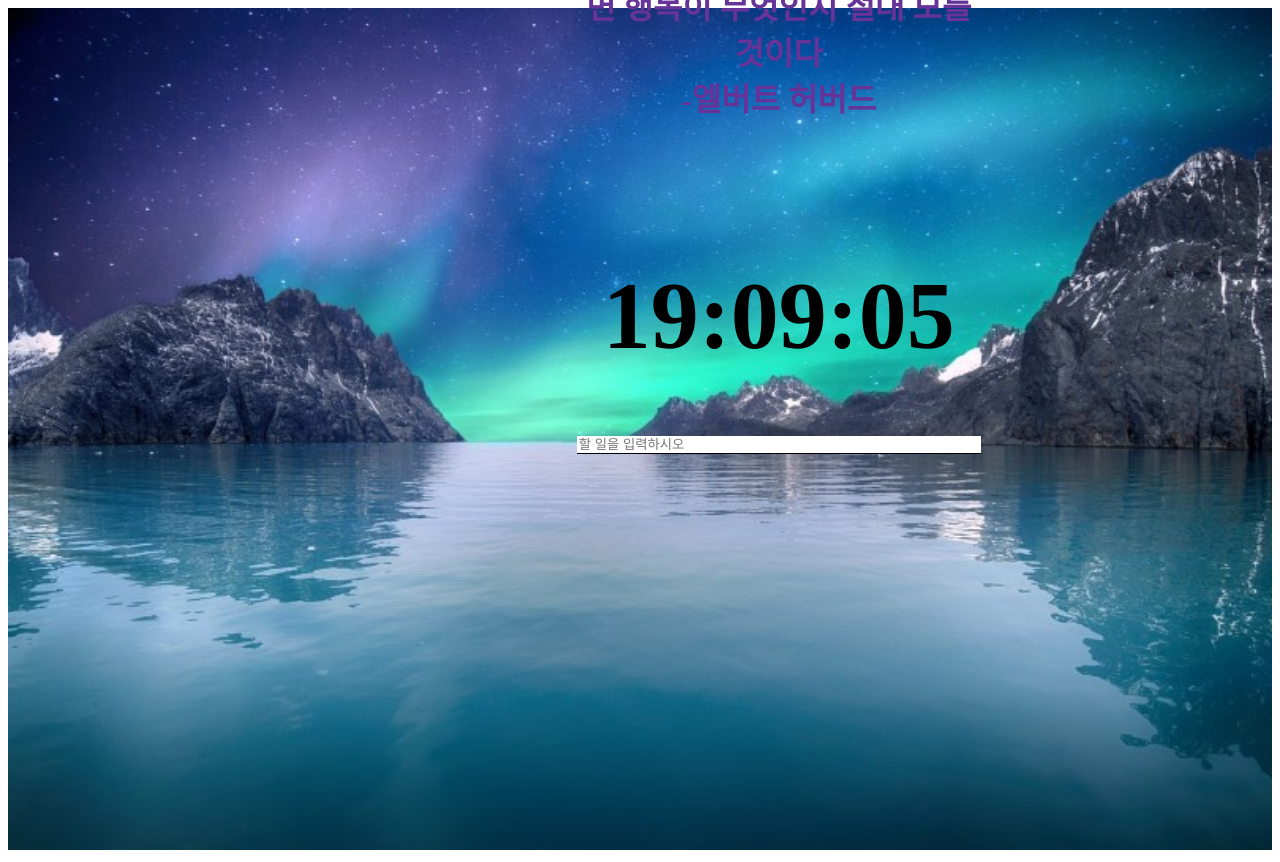
Repository: jun01270/F-E-practice
Page: index.html
These files come from the project's save history. The page is drawn as it stood at one moment and after the next save; the edit follows.
The browser window is 1280 px wide. The pictures show the whole page.

Above is the page before, as saved 2023-01-10 16:33:52.
Console error: TypeError: Cannot read properties of null (reading 'classList')

After the next save:
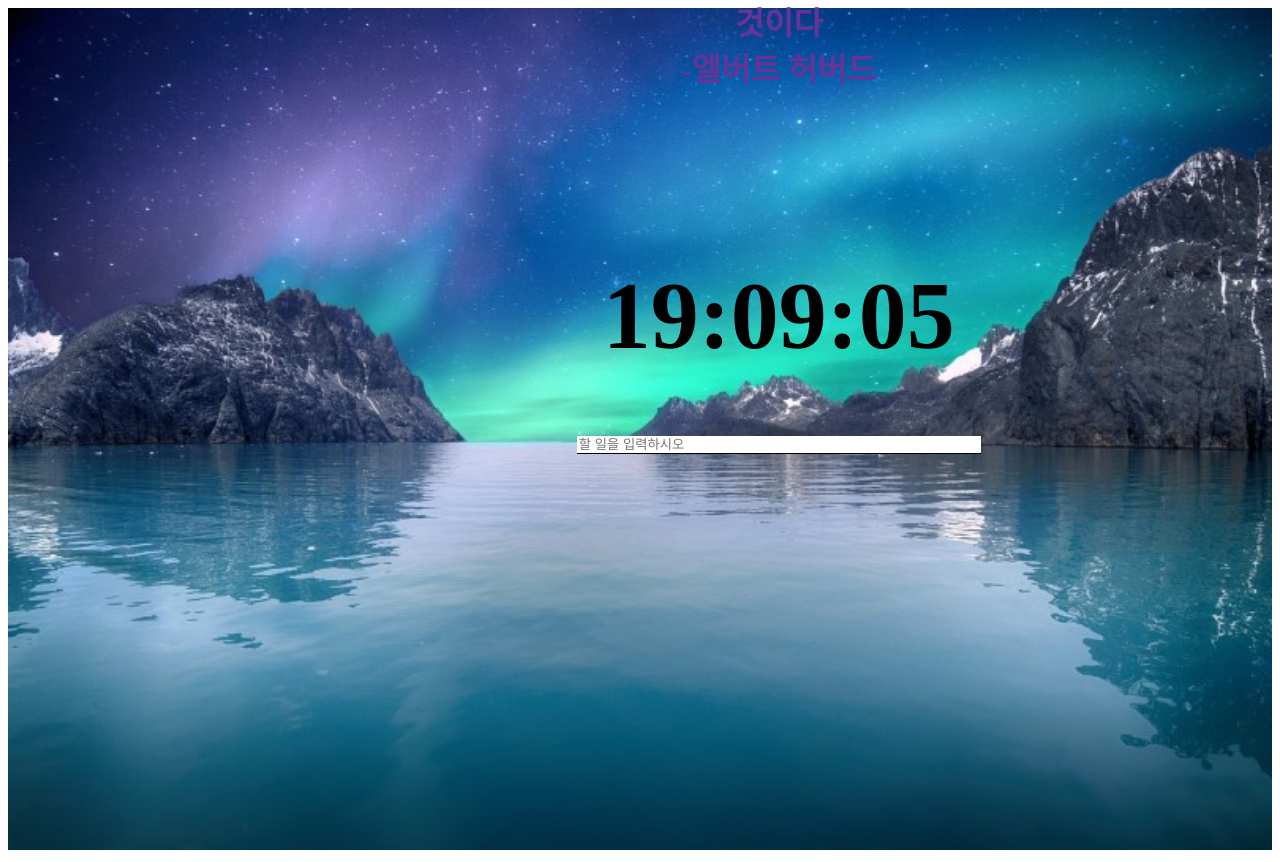
Saved 8 s later.
--- a/css/style.css
+++ b/css/style.css
@@ -37,7 +37,7 @@ body {
 
 #quote {
   position: absolute;
-  bottom: 350px;
+  bottom: 380px;
   color: rebeccapurple;
   font-size: xx-large;
   font-weight: bold;
